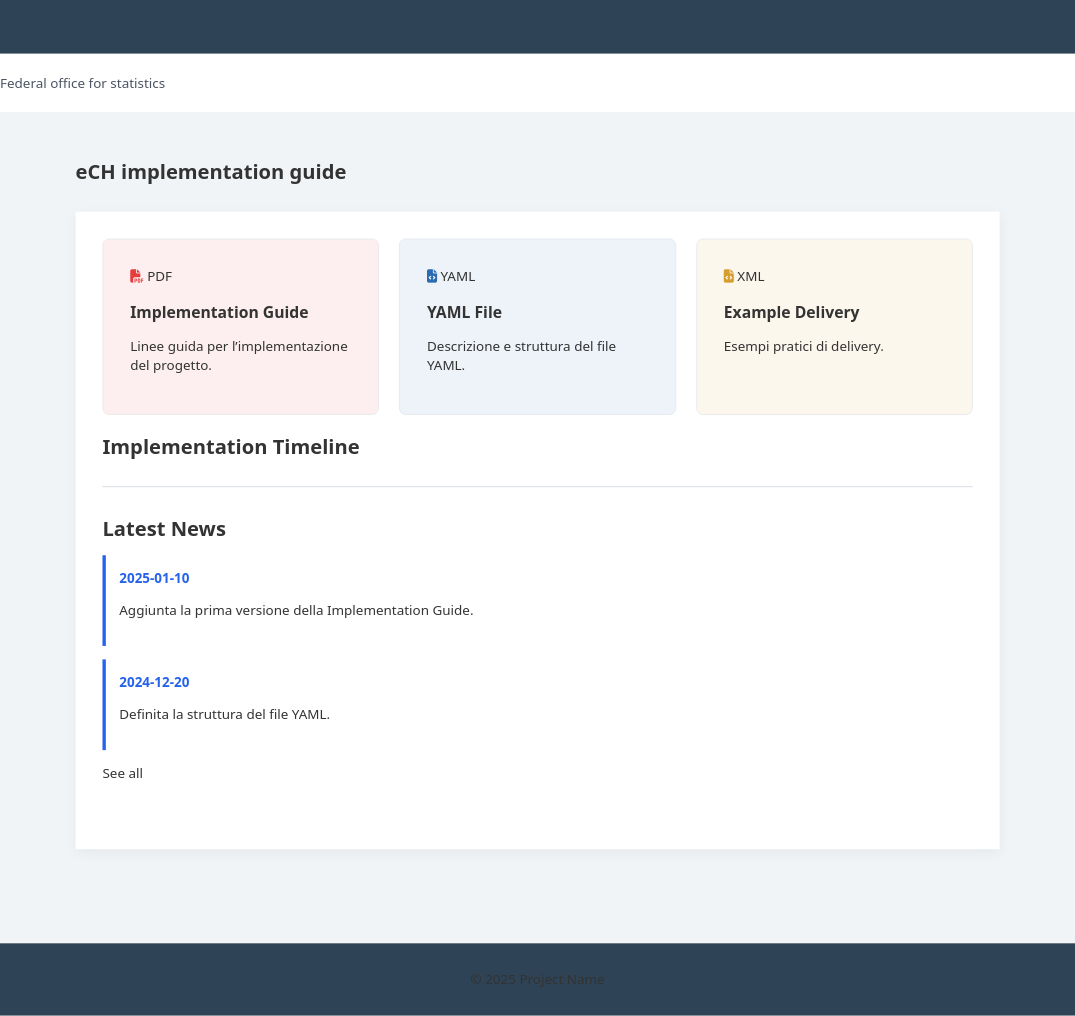
Repository: bfspoku/ech-0252-docs
Page: index.html
An editor plug-in stored every save of this project. The page is shown before and after the next save, followed by the edit.
The browser window is 1280 px wide. The pictures show the whole page, at 84% of full size.

Above is the page before, as saved 2025-12-16 17:13:53.

After the next save:
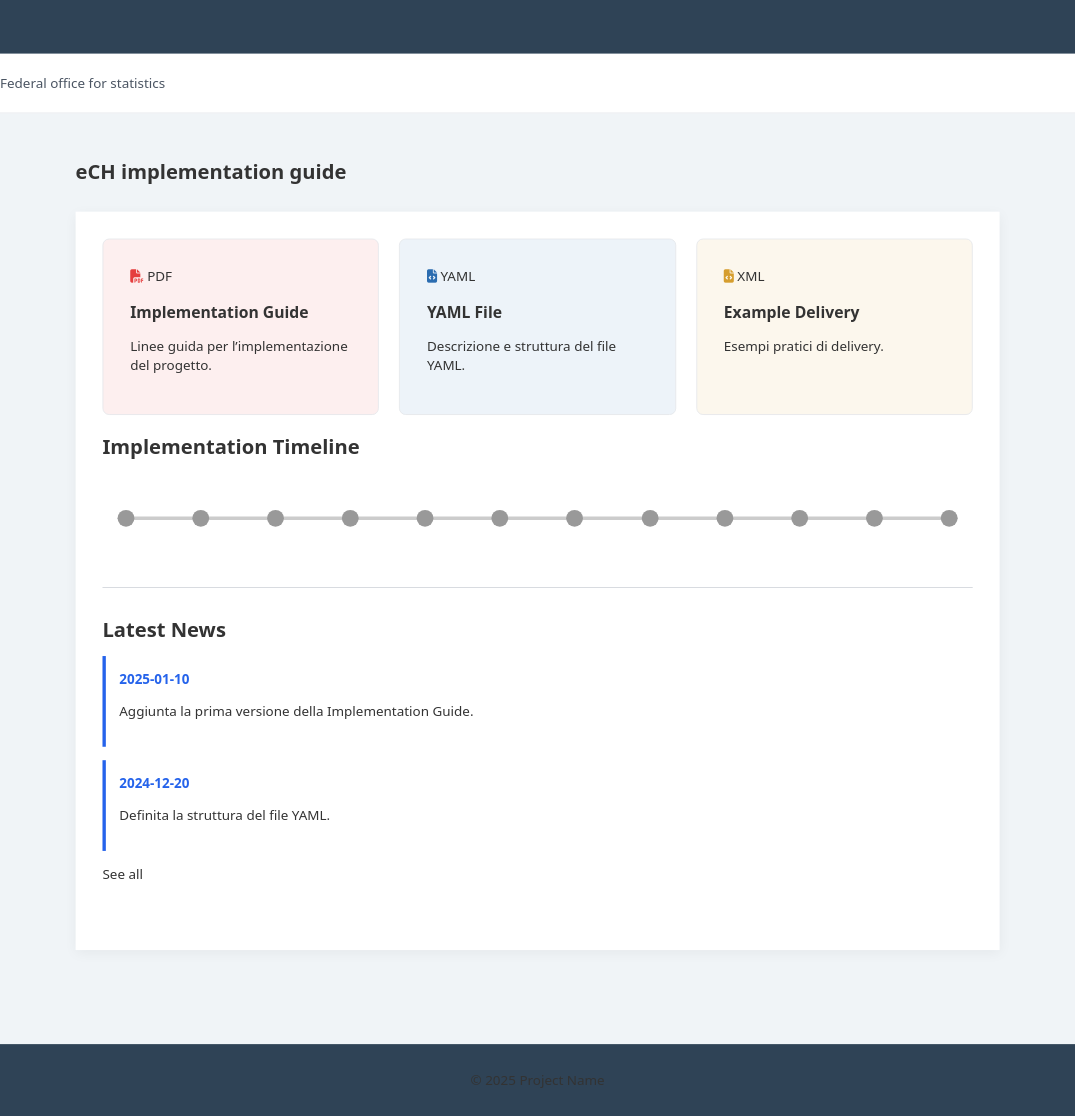
Saved 2 min 23 s later.
--- a/css/style.css
+++ b/css/style.css
@@ -111,3 +111,43 @@
   }
 
   /* TIMELINE */
+  .timeline-container {
+    position: relative;
+    width: 100%;
+    max-width: 1000px;
+    margin: auto;
+    padding: 40px 0;
+  }
+
+  /* Linea orizzontale */
+  .timeline-line {
+    position: absolute;
+    top: 50%;
+    left: 0;
+    width: 100%;
+    height: 4px;
+    background-color: #ccc;
+    border-radius: 2px;
+    transform: translateY(-50%);
+  }
+
+  /* Punti dei mesi */
+  .months {
+    display: flex;
+    justify-content: space-between;
+    position: relative;
+    z-index: 1;
+  }
+
+  .month-point {
+    width: 20px;
+    height: 20px;
+    background-color: #999; /* grigio */
+    border-radius: 50%;
+    position: relative;
+    cursor: default;
+  }
+
+  .month-point:hover {
+    background-color: #666; /* leggermente più scuro al passaggio del mouse */
+  }
